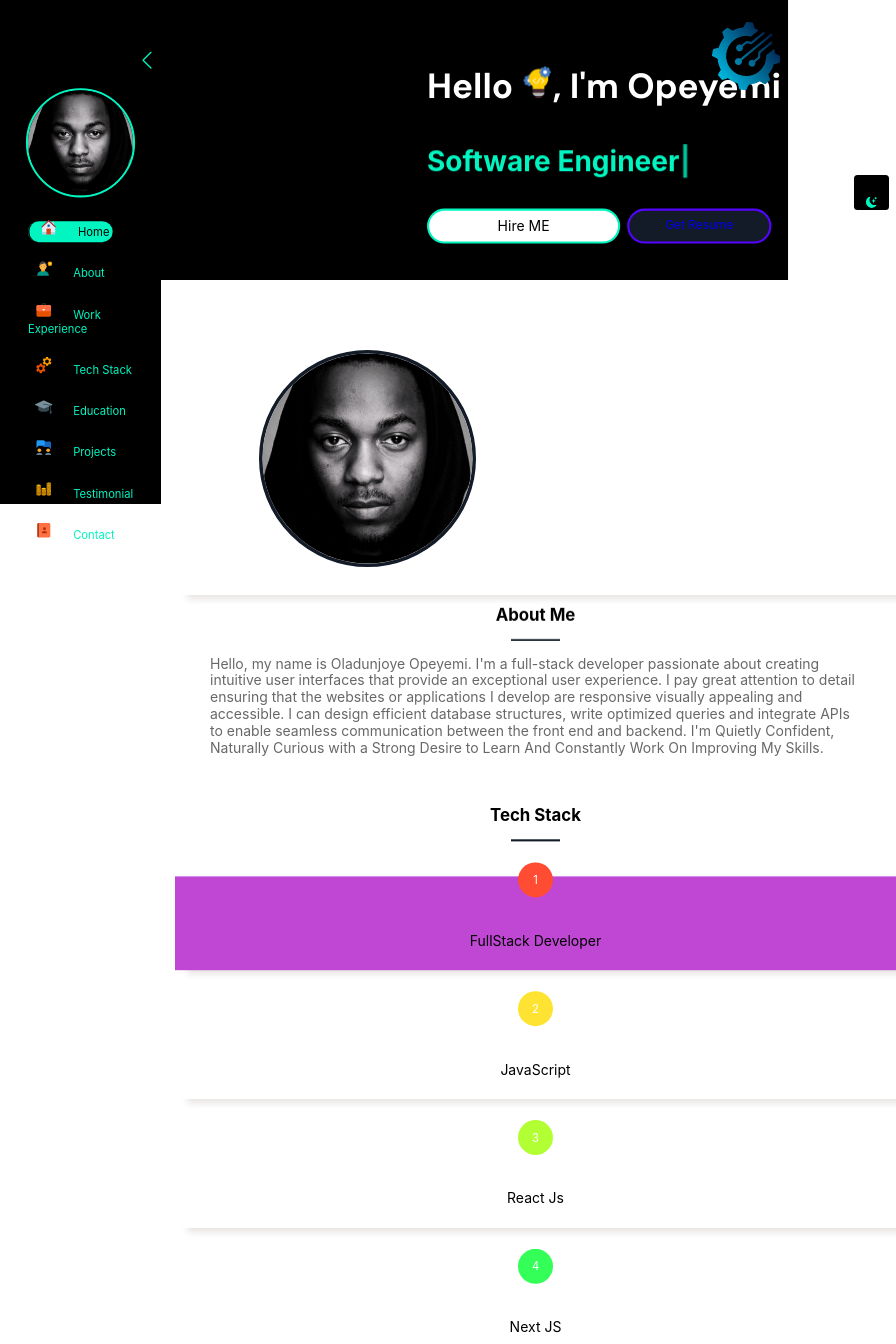
Repository: Laoye99/portfolio
Page: /
An editor plug-in stored every save of this project. The page is shown before and after the next save, followed by the edit.
The browser window is 1280 px wide. The pictures show the part of the page from y = 0 to 1920 px (the page is 2977 px tall), at 70% of full size.
The pointer rests on the first visible `.hire-me-button`.
The project was rebuilt for these pictures with package versions that can differ from the ones it lists, and the page was loaded fresh each time. Also part of the build but not shown: src/App.css. Imported but missing from the stored project, and not drawn on this page: src/components/Home/MyResume.pdf.

Above is the page before, as saved 2024-02-15 13:28:47.

After the next save:
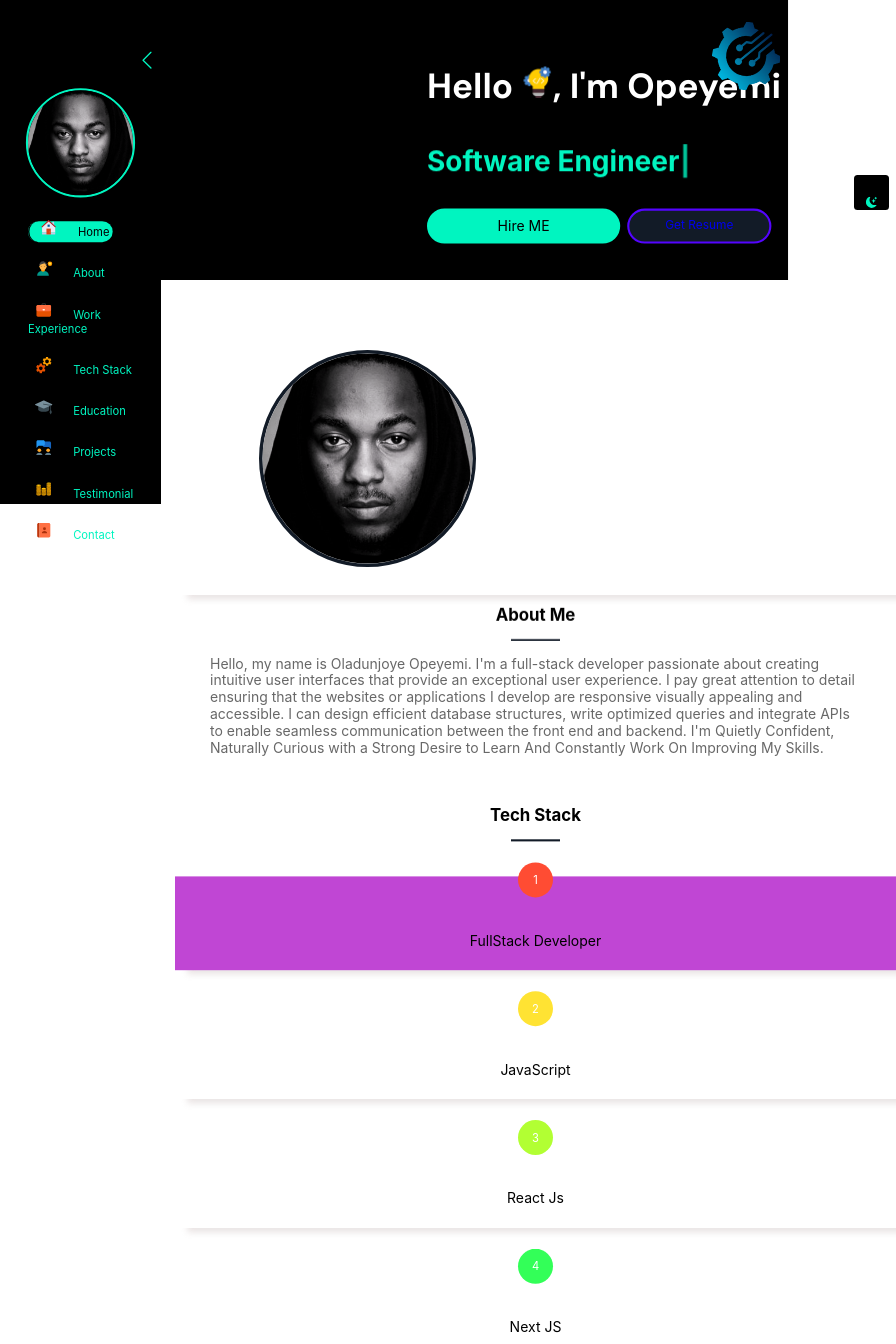
Saved 2 min 42 s later.
--- a/src/components/Home/Home.css
+++ b/src/components/Home/Home.css
@@ -51,7 +51,7 @@
 }
 
 .hire-me-button:hover {
-  background-color: #ffffff;
+  background-color: #00f5c0;
   width: 250px;
   color: #000;
   transition-duration: 1s;
